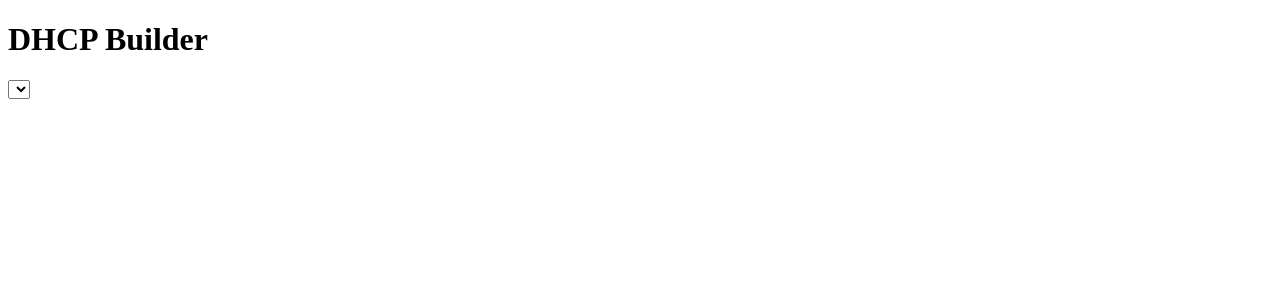
Repository: theglossy1/dhcp-builder
Page: /
An editor plug-in stored every save of this project. The page is shown before and after the next save, followed by the edit.
The browser window is 1280 px wide. The pictures show the whole page.
The project was rebuilt for these pictures with package versions that can differ from the ones it lists, and the page was loaded fresh each time. Also part of the build but not shown: vite.config.js.

Above is the page before, as saved 2025-07-30 19:40:33.

After the next save:
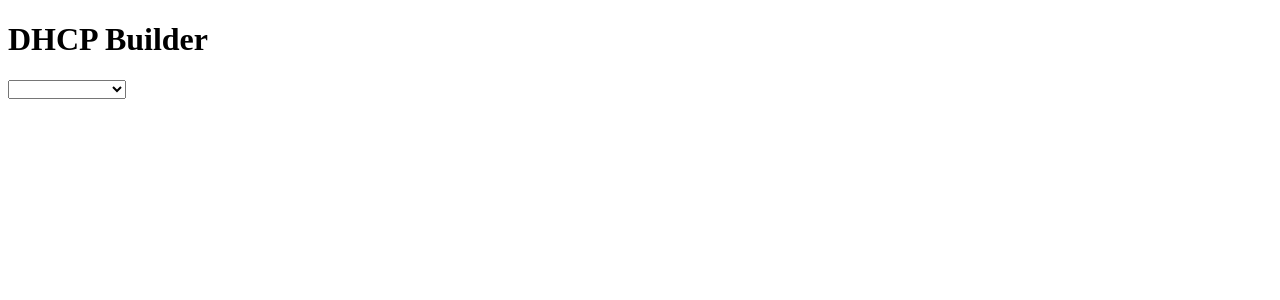
Saved 2 min 24 s later.
--- a/src/App.vue
+++ b/src/App.vue
@@ -39,7 +39,10 @@ const types = {
   <h1>DHCP Builder</h1>
   <p>
     <select>
-      <option value=""></option>
+      <option disabled value="">Select an option</option>
+      <option v-for="[key, value] in typeEntries" :key="key" :value="key">
+        {{ key }} - {{ value.name }}
+      </option>
     </select>
   </p>
 </template>
